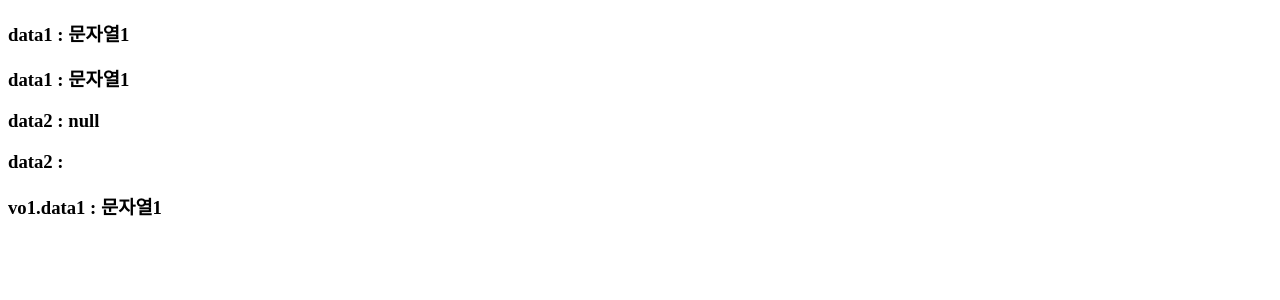
Repository: 2nho/personal-study
Page: http://localhost/ExWebPrj1/elexample1.jsp
An editor plug-in stored every save of this project. The page is shown before and after the next save, followed by the edit.
The browser window is 1280 px wide. The pictures show the whole page.
The page is served by Tomcat 9.

Above is the page before, as saved 2021-12-30 08:00:23.

### Java/workspace/ExWebPrj1/src/main/webapp/elexample1.jsp
<%@page import="kr.co.goodee39.vo.DataVO"%>
<%@ page language="java" contentType="text/html; charset=UTF-8"
    pageEncoding="UTF-8"%>
<%
	request.setAttribute("data1", "문자열1");

	DataVO vo1 = new DataVO();
	vo1.setData1("문자열1");
	vo1.setData2("문자열2");

	request.setAttribute("vo1", vo1);
%>
<!DOCTYPE html>
<html>
<head>
<meta charset="UTF-8">
<title>Insert title here</title>
</head>
<body>
	<h3>data1 : <%=request.getAttribute("data1") %></h3>
	<h3>data1 : ${data1}</h3>
	<h3>data2 : <%=request.getAttribute("data2") %></h3>
	<h3>data2 : ${data2}</h3>
	<h3>vo1.data1 : <%=((DataVO)request.getAttribute("vo1")).getData1()%></h3>
</body>
</html>

### Java/workspace/ExWebPrj1/src/main/java/kr/co/goodee39/vo/DataVO.java
package kr.co.goodee39.vo;

public class DataVO {
	private String data1;
	private String data2;
	public String getData1() {
		return data1;
	}
	public void setData1(String data1) {
		this.data1 = data1;
	}
	public String getData2() {
		return data2;
	}
	public void setData2(String data2) {
		this.data2 = data2;
	}


}

After the next save:
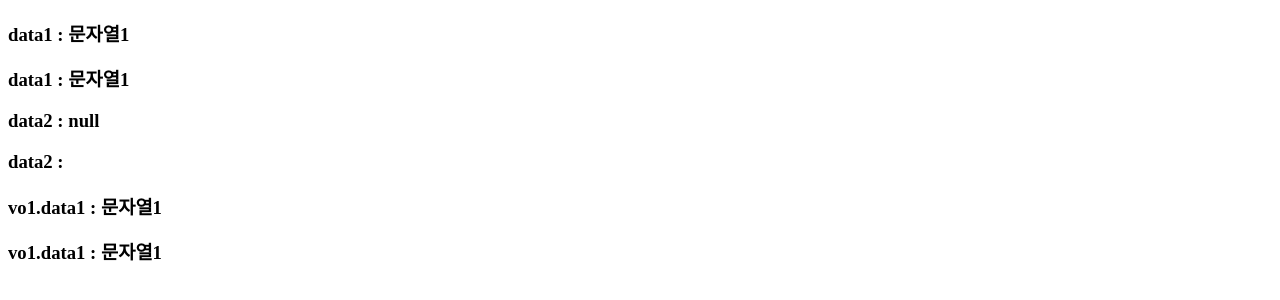
Saved 83 s later.
--- a/Java/workspace/ExWebPrj1/src/main/webapp/elexample1.jsp
+++ b/Java/workspace/ExWebPrj1/src/main/webapp/elexample1.jsp
@@ -22,5 +22,6 @@
 	<h3>data2 : <%=request.getAttribute("data2") %></h3>
 	<h3>data2 : ${data2}</h3>
 	<h3>vo1.data1 : <%=((DataVO)request.getAttribute("vo1")).getData1()%></h3>
+	<h3>vo1.data1 : ${vo1.data1}</h3>
 </body>
 </html>
